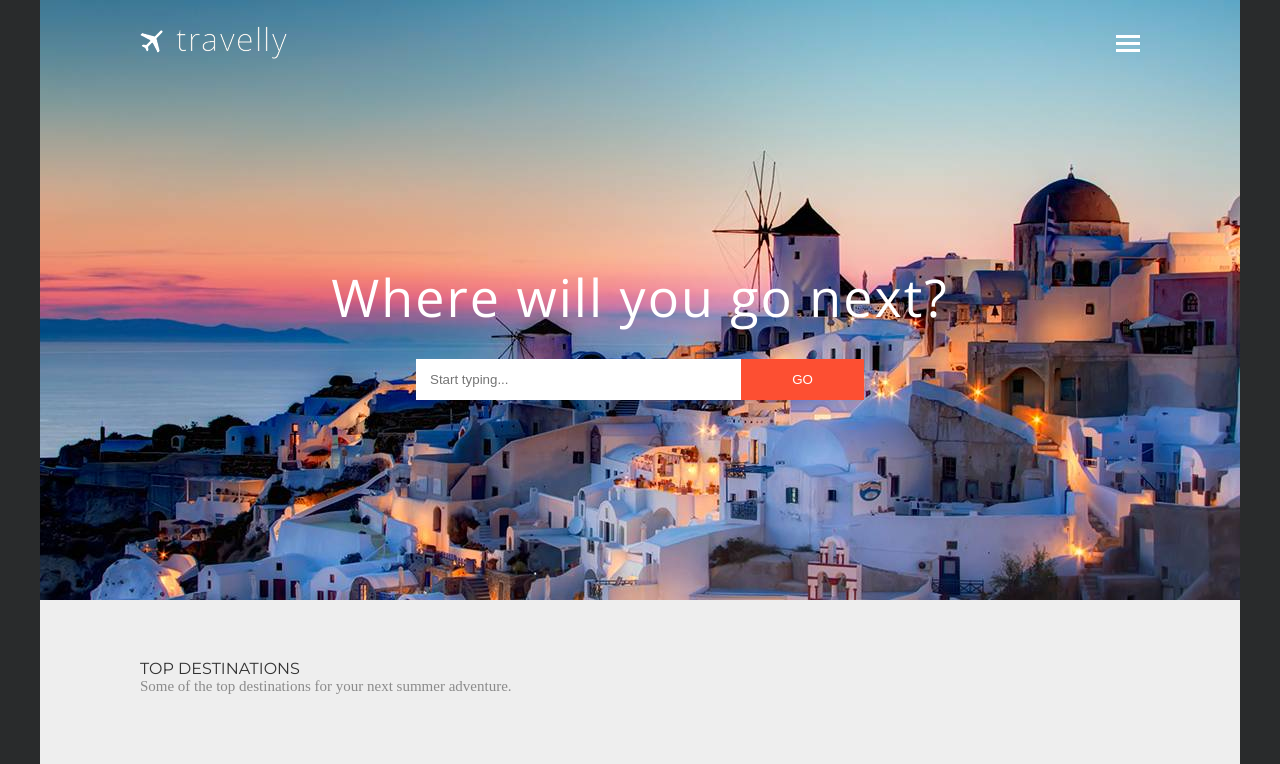
Repository: YusifHasanov/Web-Page-Template
Page: index.html
These files come from the project's save history. The page is drawn as it stood at one moment and after the next save; the edit follows.
The browser window is 1280 px wide. The pictures show the whole page.

Above is the page before, as saved 2021-12-05 21:12:53.

After the next save:
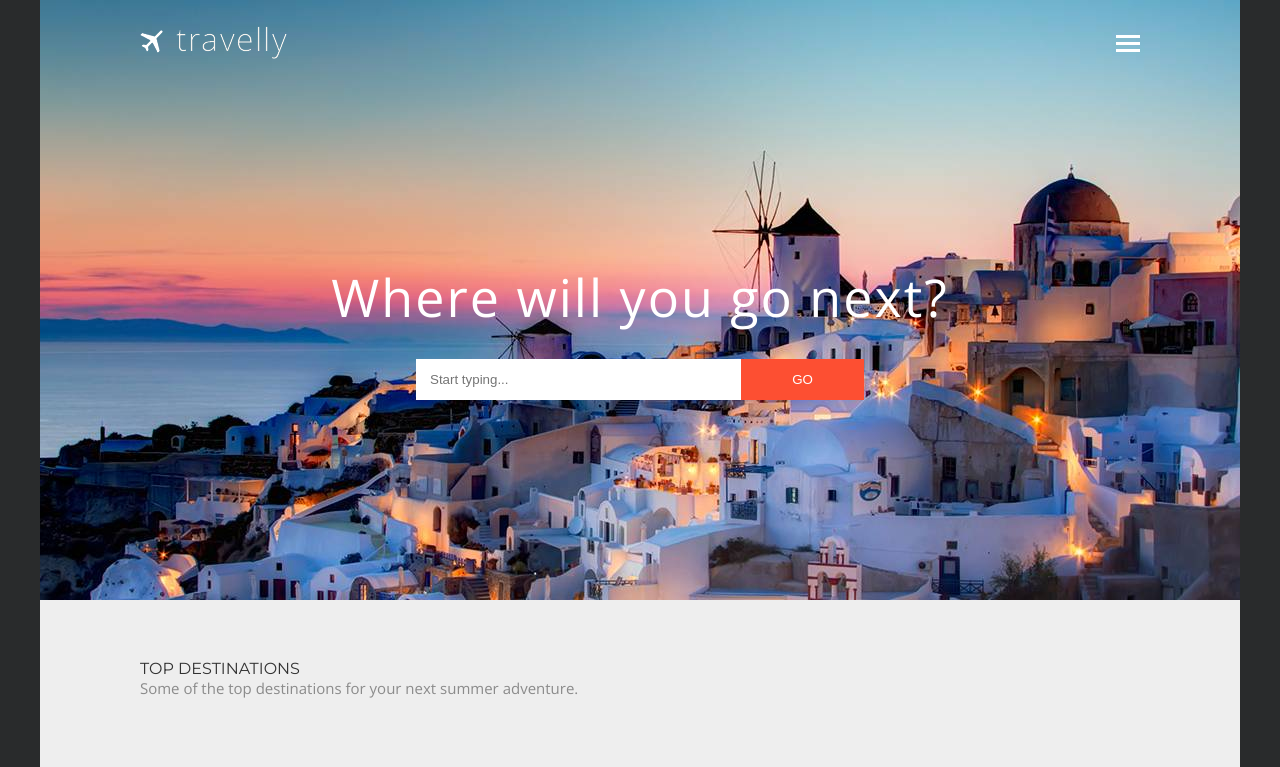
Saved 4 s later.
--- a/css/style.css
+++ b/css/style.css
@@ -100,5 +100,5 @@ font-family: 'Montserrat', sans-serif;
   letter-spacing: 0px;
   color: #8b8b8b;
   font-weight: 400;
-  font-family: 'Open Sans, sans-serifs;
+  font-family: 'Open Sans', sans-serifs;
 }
